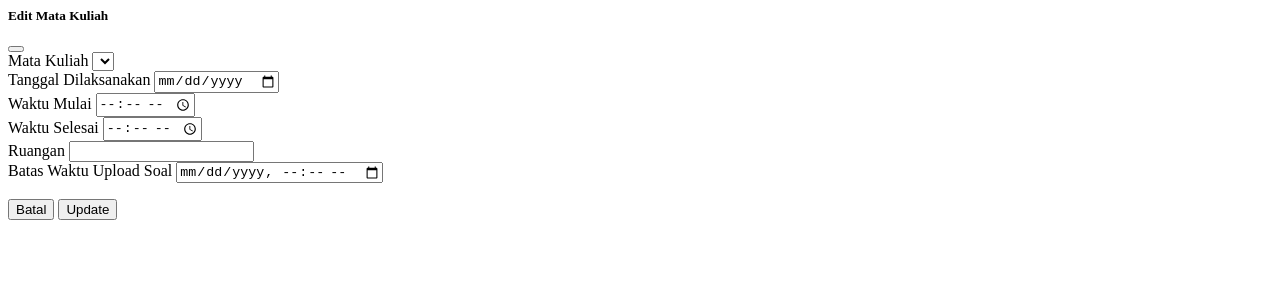
Repository: safroniaziz/Aplikasi-Pengiriman-Soal-UMB
Page: resources/views/data_ujian/_modal_edit.blade.php
These files come from the project's save history. The page is drawn as it stood at one moment and after the next save; the edit follows.
The browser window is 1280 px wide. The pictures show the whole page.
The page is served by the project's Laravel application, run on PHP 8.4 with Laravel 12. Other server files are loaded and not shown. The template is opened directly, without the code that normally fills it, so the values that code supplies are empty.

Above is the page before, as saved 2024-10-16 02:33:43.

### routes/web.php
<?php

use App\Http\Controllers\DosenController;
use App\Http\Controllers\MataKuliahController;
use App\Http\Controllers\ProfileController;
use App\Http\Controllers\ProgramStudiController;
use App\Http\Controllers\UjianController;
use App\Models\ProgramStudi;
use App\Models\User;
use Illuminate\Support\Facades\Route;

Route::get('/', function () {
    return view('welcome');
});

Route::middleware('auth')->group(function () {
    Route::get('/dashboard', function () {
        $jumlahProdi = ProgramStudi::count();
        $jumlahDosen = User::where('role','dosen')->count();
        return view('dashboard', compact('jumlahProdi','jumlahDosen'));
    })->middleware(['auth'])->name('dashboard');

    Route::prefix('program_studi')->group(function () {
        Route::get('/', [ProgramStudiController::class, 'index'])->name('prodi');
        Route::post('/', [ProgramStudiController::class, 'post'])->name('prodi.post');
        Route::get('/{programStudi}/edit', [ProgramStudiController::class, 'edit'])->name('prodi.edit');
        Route::patch('/{programStudi}', [ProgramStudiController::class, 'update'])->name('prodi.update');
        Route::delete('/{programStudi}', [ProgramStudiController::class, 'delete'])->name('prodi.delete');
    });

    Route::prefix('data_dosen')->group(function () {
        Route::get('/', [DosenController::class, 'index'])->name('dosen');
        Route::post('/', [DosenController::class, 'post'])->name('dosen.post');
        Route::get('/{dosen}/edit', [DosenController::class, 'edit'])->name('dosen.edit');
        Route::patch('/{dosen}', [DosenController::class, 'update'])->name('dosen.update');
        Route::delete('/{dosen}', [DosenController::class, 'delete'])->name('dosen.delete');
    });

    Route::prefix('mata_kuliah')->group(function () {
        Route::get('/', [MataKuliahController::class, 'index'])->name('mataKuliah');
        Route::post('/', [MataKuliahController::class, 'post'])->name('mataKuliah.post');
        Route::get('/{mataKuliah}/edit', [MataKuliahController::class, 'edit'])->name('mataKuliah.edit');
        Route::patch('/{mataKuliah}', [MataKuliahController::class, 'update'])->name('mataKuliah.update');
        Route::delete('/{mataKuliah}', [MataKuliahController::class, 'delete'])->name('mataKuliah.delete');
    });

    Route::prefix('ujian')->group(function () {
        Route::get('/', [UjianController::class, 'index'])->name('ujian');
        Route::post('/', [UjianController::class, 'post'])->name('ujian.post');
        Route::get('/{ujian}/edit', [UjianController::class, 'edit'])->name('ujian.edit');
        Route::patch('/{ujian}', [UjianController::class, 'update'])->name('ujian.update');
        Route::delete('/{ujian}', [UjianController::class, 'delete'])->name('ujian.delete');
    });
});

require __DIR__.'/auth.php';

### resources/views/data_ujian/_modal_edit.blade.php
<!-- Modal Edit Prodi -->
<div class="modal fade" tabindex="-1" id="editModal" data-bs-backdrop="static" data-bs-keyboard="false">
    <div class="modal-dialog">
        <div class="modal-content">
            <div class="modal-header">
                <h5 class="modal-title">Edit Mata Kuliah</h5>
                <button type="button" class="btn btn-icon btn-sm btn-light" data-bs-dismiss="modal">
                    <i class="ki-duotone ki-cross fs-2x"></i>
                </button>
            </div>
            <div class="modal-body">
                <form id="editForm">
                    @csrf
                    <input type="hidden" id="ujian_id" name="ujian_id">
                    <div class="mb-3">
                        <label for="edit_mata_kuliah_id" class="form-label">Mata Kuliah</label>
                        <select class="form-control" id="edit_mata_kuliah_id" name="mata_kuliah_id" required>
                            @foreach ($mataKuliahs as $mataKuliah)
                                <option value="{{ $mataKuliah->id }}">{{ $mataKuliah->nama_mata_kuliah }}</option>
                            @endforeach
                        </select>
                    </div>
                    <div class="mb-3">
                        <label for="edit_tanggal_dilaksanakan" class="form-label">Tanggal Dilaksanakan</label>
                        <input type="date" class="form-control" id="edit_tanggal_dilaksanakan" name="tanggal_dilaksanakan" required>
                    </div>
                    <div class="mb-3">
                        <label for="edit_waktu_mulai" class="form-label">Waktu Mulai</label>
                        <input type="time" class="form-control" id="edit_waktu_mulai" name="waktu_mulai" required>
                    </div>
                    <div class="mb-3">
                        <label for="edit_waktu_selesai" class="form-label">Waktu Selesai</label>
                        <input type="time" class="form-control" id="edit_waktu_selesai" name="waktu_selesai" required>
                    </div>
                    <div class="mb-3">
                        <label for="edit_ruangan" class="form-label">Ruangan</label>
                        <input type="text" class="form-control" id="edit_ruangan" name="ruangan" required>
                    </div>
                    <div class="mb-3">
                        <label for="edit_batas_waktu_upload_soal" class="form-label">Batas Waktu Upload Soal</label>
                        <input type="datetime-local" class="form-control" id="edit_batas_waktu_upload_soal" name="batas_waktu_upload_soal" required>
                    </div>
                </form>
            </div>
            <div class="modal-footer">
                <button type="button" class="btn btn-danger btn-sm" data-bs-dismiss="modal">Batal</button>
                <button type="button" class="btn btn-primary btn-sm" onclick="updateUjian()">Update</button>
            </div>
        </div>
    </div>
</div>

@push('scripts')
<script>
    function updateUjian() {
        var id = $('#ujian_id').val();
        var formData = new FormData($('#editForm')[0]);
        formData.append('_method', 'PATCH');

        $.ajax({
            url: "{{ route('ujian.update', ':ujian') }}".replace(':ujian', id),
            method: 'POST',
            data: formData,
            processData: false,
            contentType: false,
            success: function(response) {
                Swal.fire({
                    title: "Success!",
                    text: response.message,
                    icon: "success",
                    confirmButtonText: "OK"
                }).then(() => {
                    $('#editModal').modal('hide');
                    location.reload();
                });
            },
            error: function(xhr) {
                var errorMessage = "Terjadi kesalahan saat mengupdate mata kuliah.";
                if (xhr.responseJSON) {
                    if (xhr.responseJSON.message) {
                        errorMessage = xhr.responseJSON.message;
                    }
                    if (xhr.responseJSON.error) {
                        errorMessage += "\n\nDetail error: " + xhr.responseJSON.error;
                    }
                }
                Swal.fire({
                    title: "Error!",
                    text: errorMessage,
                    icon: "error",
                    confirmButtonText: "OK"
                });
            }
        });
    }
</script>
@endpush

Loaded but not shown: routes/auth.php (common file); app/Http/Controllers/Auth/EmailVerificationPromptController.php (common file); app/Http/Controllers/Controller.php (common file); app/Http/Controllers/Auth/VerifyEmailController.php (common file)

After the next save:
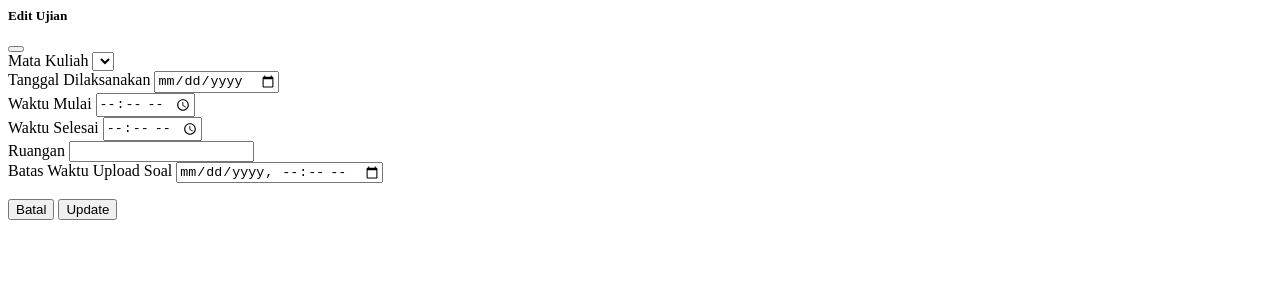
Saved 17 s later.
--- a/resources/views/data_ujian/_modal_edit.blade.php
+++ b/resources/views/data_ujian/_modal_edit.blade.php
@@ -3,7 +3,7 @@
     <div class="modal-dialog">
         <div class="modal-content">
             <div class="modal-header">
-                <h5 class="modal-title">Edit Mata Kuliah</h5>
+                <h5 class="modal-title">Edit Ujian</h5>
                 <button type="button" class="btn btn-icon btn-sm btn-light" data-bs-dismiss="modal">
                     <i class="ki-duotone ki-cross fs-2x"></i>
                 </button>
@@ -75,7 +75,7 @@
                 });
             },
             error: function(xhr) {
-                var errorMessage = "Terjadi kesalahan saat mengupdate mata kuliah.";
+                var errorMessage = "Terjadi kesalahan saat mengupdate Ujian.";
                 if (xhr.responseJSON) {
                     if (xhr.responseJSON.message) {
                         errorMessage = xhr.responseJSON.message;
